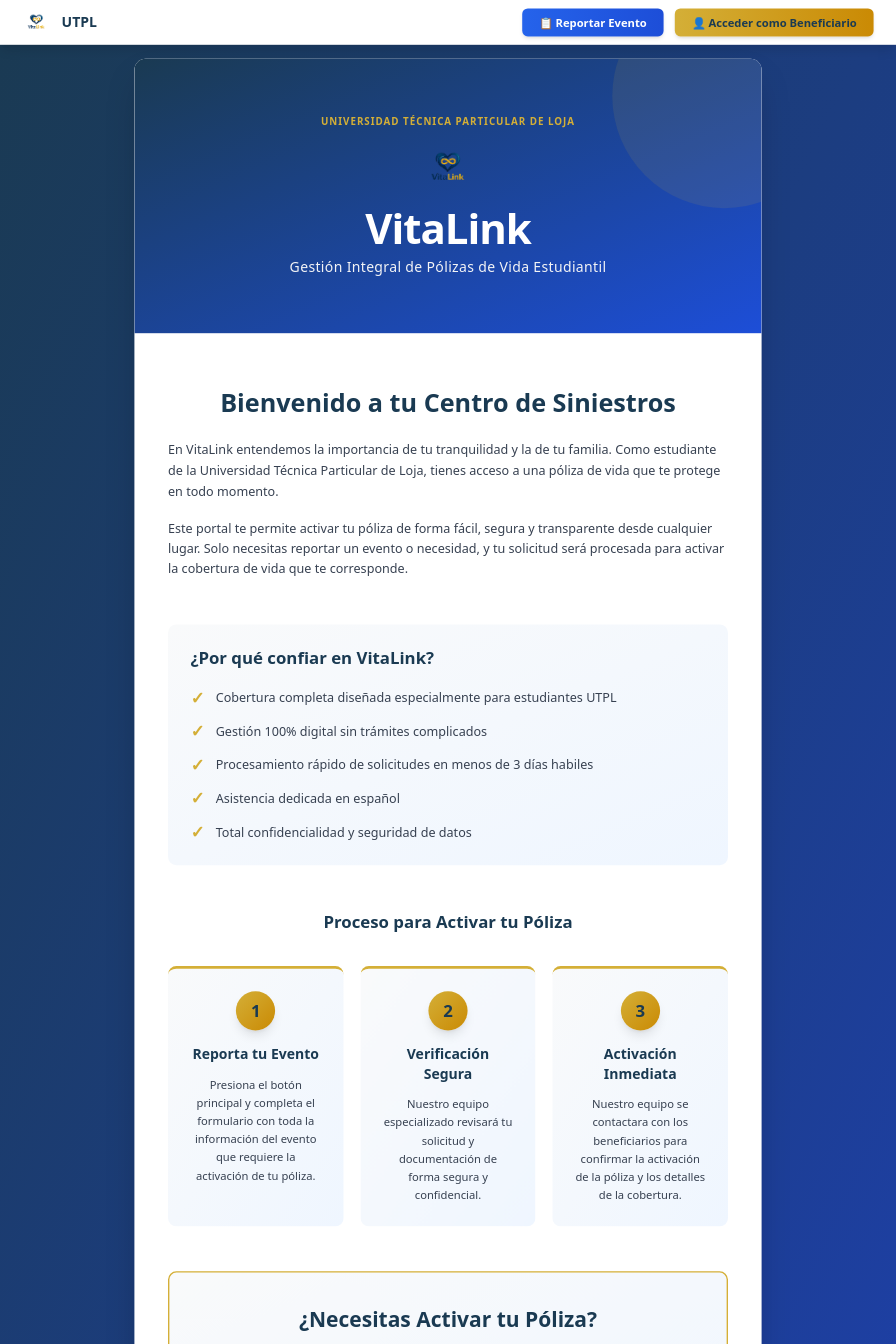
Repository: Carlosmicael/seguroVitaLink
Page: templates/siniestros/siniestro_report.html
An editor plug-in stored every save of this project. The page is shown before and after the next save, followed by the edit.
The browser window is 1280 px wide. The pictures show the part of the page from y = 0 to 1920 px (the page is 2668 px tall), at 70% of full size.
Some web libraries are served in a nearby version. The template is drawn by Django 5.2. The application's start-up code is not run. Other server files are loaded and not shown. The template is opened directly, without the code that normally fills it, so the values that code supplies are empty.

Above is the page before, as saved 2026-01-03 19:52:56.

### templates/siniestros/siniestro_report.html
{% load static %}
<!DOCTYPE html>
<html lang="es">
<head>
    <meta charset="UTF-8">
    <meta name="viewport" content="width=device-width, initial-scale=1.0">
    <title>Gestión de Siniestros - VitaLink</title>
    <script src="https://cdn.tailwindcss.com"></script>
    <script>
        tailwind.config = {
            theme: {
                extend: {
                    colors: {
                        'utpl-blue': '#1a3a52',
                        'utpl-gold': '#d4af37',
                    }
                }
            }
        }
    </script>
</head>
<body class="bg-gradient-to-br from-utpl-blue to-blue-800 min-h-screen">
    <!-- Navbar -->
    <nav class="bg-white shadow-lg">
        <div class="max-w-7xl mx-auto px-4 sm:px-6 lg:px-8">
            <div class="flex justify-between items-center h-16">
                <div class="flex items-center">
                    <a href="{% url 'siniestros:inicio' %}" class="flex items-center">
                        <img src="{% static 'img/logoVitalink.png' %}" alt="VitaLink Logo" class="h-10 mr-2">
                        <span class="ml-2 text-utpl-blue font-bold text-xl">UTPL</span>
                    </a>
                </div>
                <div class="flex space-x-4">
                    <a href="{% url 'siniestros:formulario' %}" class="bg-gradient-to-r from-blue-600 to-blue-700 text-white px-6 py-2 rounded-lg font-semibold hover:from-blue-700 hover:to-blue-800 transition duration-300 shadow-md hover:shadow-lg">
                        📋 Reportar Evento
                    </a>
                    <a href="{% url 'siniestros:login_beneficiario' %}" class="bg-gradient-to-r from-utpl-gold to-yellow-600 text-utpl-blue px-6 py-2 rounded-lg font-semibold hover:from-yellow-500 hover:to-utpl-gold transition duration-300 shadow-md hover:shadow-lg">
                        👤 Acceder como Beneficiario
                    </a>
                </div>
            </div>
        </div>
    </nav>

    <!-- Main Content -->
    <div class="flex items-center justify-center p-5 min-h-[calc(100vh-4rem)]">
    <div class="w-full max-w-4xl bg-white rounded-2xl shadow-2xl overflow-hidden animate-fade-up">
        <!-- Header -->
        <div class="relative overflow-hidden bg-gradient-to-br from-utpl-blue to-blue-700 text-white px-8 py-16 md:px-12 md:py-20">
            <div class="absolute top-0 right-0 w-80 h-80 bg-utpl-gold opacity-10 rounded-full transform translate-x-1/3 -translate-y-1/3"></div>

            <div class="relative z-10 text-center">
                <p class="text-sm font-bold tracking-widest text-utpl-gold uppercase mb-4">
                    Universidad Técnica Particular de Loja
                </p>
                <h1 class="text-5xl md:text-6xl font-black mb-3 tracking-tight">
                    <img src="{% static 'img/logoVitalink.png' %}" alt="VitaLink Logo" class="mx-auto h-20 mb-4">
                    VitaLink
                </h1>
                <p class="text-lg md:text-xl font-light tracking-wide text-gray-100">
                    Gestión Integral de Pólizas de Vida Estudiantil
                </p>
            </div>
        </div>

        <!-- Main Content -->
        <div class="px-8 py-16 md:px-12 md:py-20">
            <!-- Intro Section -->
            <div class="mb-16">
                <h2 class="text-4xl font-bold text-utpl-blue mb-8 text-center">
                    Bienvenido a tu Centro de Siniestros
                </h2>
                <div class="space-y-6 text-gray-700 text-lg leading-relaxed">
                    <p>
                        En VitaLink entendemos la importancia de tu tranquilidad y la de tu familia.
                        Como estudiante de la Universidad Técnica Particular de Loja, tienes acceso a una póliza de vida
                        que te protege en todo momento.
                    </p>
                    <p>
                        Este portal te permite activar tu póliza de forma fácil, segura y transparente desde cualquier lugar.
                        Solo necesitas reportar un evento o necesidad, y tu solicitud será procesada para activar la cobertura de vida
                        que te corresponde.
                    </p>
                </div>
            </div>

            <!-- Benefits Section -->
            <div class="bg-gradient-to-br from-gray-50 to-blue-50 p-8 rounded-xl border-l-6 border-l-utpl-gold mb-16">
                <h3 class="text-2xl font-bold text-utpl-blue mb-6">
                    ¿Por qué confiar en VitaLink?
                </h3>
                <ul class="space-y-4">
                    <li class="flex items-center text-gray-700 text-lg font-medium">
                        <span class="text-utpl-gold text-2xl font-bold mr-4">✓</span>
                        Cobertura completa diseñada especialmente para estudiantes UTPL
                    </li>
                    <li class="flex items-center text-gray-700 text-lg font-medium">
                        <span class="text-utpl-gold text-2xl font-bold mr-4">✓</span>
                        Gestión 100% digital sin trámites complicados
                    </li>
                    <li class="flex items-center text-gray-700 text-lg font-medium">
                        <span class="text-utpl-gold text-2xl font-bold mr-4">✓</span>
                        Procesamiento rápido de solicitudes en menos de 3 días habiles
                    </li>
                    <li class="flex items-center text-gray-700 text-lg font-medium">
                        <span class="text-utpl-gold text-2xl font-bold mr-4">✓</span>
                        Asistencia dedicada en español
                    </li>
                    <li class="flex items-center text-gray-700 text-lg font-medium">
                        <span class="text-utpl-gold text-2xl font-bold mr-4">✓</span>
                        Total confidencialidad y seguridad de datos
                    </li>
                </ul>
            </div>

            <!-- Process Section -->
            <div class="mb-16">
                <h3 class="text-2xl font-bold text-utpl-blue mb-12 text-center">
                    Proceso para Activar tu Póliza
                </h3>
                <div class="grid md:grid-cols-3 gap-6">
                    <!-- Step 1 -->
                    <div class="bg-gradient-to-br from-gray-50 to-blue-50 p-8 rounded-xl border-t-4 border-t-utpl-gold hover:shadow-lg hover:-translate-y-2 transition-all duration-300">
                        <div class="flex justify-center mb-5">
                            <div class="w-14 h-14 bg-gradient-to-br from-utpl-gold to-yellow-600 rounded-full flex items-center justify-center font-bold text-2xl text-utpl-blue shadow-lg">
                                1
                            </div>
                        </div>
                        <h4 class="text-xl font-bold text-utpl-blue text-center mb-4">
                            Reporta tu Evento
                        </h4>
                        <p class="text-gray-700 text-center leading-relaxed">
                            Presiona el botón principal y completa el formulario con toda la información
                            del evento que requiere la activación de tu póliza.
                        </p>
                    </div>

                    <!-- Step 2 -->
                    <div class="bg-gradient-to-br from-gray-50 to-blue-50 p-8 rounded-xl border-t-4 border-t-utpl-gold hover:shadow-lg hover:-translate-y-2 transition-all duration-300">
                        <div class="flex justify-center mb-5">
                            <div class="w-14 h-14 bg-gradient-to-br from-utpl-gold to-yellow-600 rounded-full flex items-center justify-center font-bold text-2xl text-utpl-blue shadow-lg">
                                2
                            </div>
                        </div>
                        <h4 class="text-xl font-bold text-utpl-blue text-center mb-4">
                            Verificación Segura
                        </h4>
                        <p class="text-gray-700 text-center leading-relaxed">
                            Nuestro equipo especializado revisará tu solicitud y documentación
                            de forma segura y confidencial.
                        </p>
                    </div>

                    <!-- Step 3 -->
                    <div class="bg-gradient-to-br from-gray-50 to-blue-50 p-8 rounded-xl border-t-4 border-t-utpl-gold hover:shadow-lg hover:-translate-y-2 transition-all duration-300">
                        <div class="flex justify-center mb-5">
                            <div class="w-14 h-14 bg-gradient-to-br from-utpl-gold to-yellow-600 rounded-full flex items-center justify-center font-bold text-2xl text-utpl-blue shadow-lg">
                                3
                            </div>
                        </div>
                        <h4 class="text-xl font-bold text-utpl-blue text-center mb-4">
                            Activación Inmediata
                        </h4>
                        <p class="text-gray-700 text-center leading-relaxed">
                            Nuestro equipo se contactara con los beneficiarios para confirmar la activación
                            de la póliza y los detalles de la cobertura.
                        </p>
                    </div>
                </div>
            </div>

            <!-- CTA Section -->
            <div class="bg-gradient-to-br from-gray-50 to-blue-50 p-12 rounded-xl border-2 border-utpl-gold text-center mb-16">
                <h2 class="text-3xl font-bold text-utpl-blue mb-6">
                    ¿Necesitas Activar tu Póliza?
                </h2>
                <p class="text-gray-700 text-lg mb-8 leading-relaxed max-w-2xl mx-auto">
                    Presiona el botón de abajo para reportar un evento y activar tu cobertura de vida.
                    El proceso es sencillo: solo completa un formulario con tu información básica y el evento que lo motiva.
                </p>
                <a href="{% url 'siniestros:formulario' %}" class="inline-block bg-gradient-to-r from-utpl-gold to-yellow-600 hover:from-yellow-500 hover:to-utpl-gold text-utpl-blue font-bold py-4 px-12 rounded-lg text-lg tracking-wider uppercase shadow-lg hover:shadow-xl transform hover:-translate-y-1 transition-all duration-300">
                    📋 Reportar Evento y Activar Póliza
                </a>
            </div>

        <!-- Footer Section -->
        <div class="bg-gradient-to-b from-gray-100 to-gray-200 px-8 py-12 md:px-12 md:py-16 text-center border-t border-gray-300">
            <p class="text-gray-800 text-lg font-bold mb-6">
                ¿Tienes dudas o necesitas asistencia?
            </p>
            <div class="space-y-3 text-gray-700 text-base mb-8">
                <p>
                    📞 Teléfono: <a href="tel:+593726582940" class="text-utpl-gold font-bold hover:text-yellow-600 transition-colors">+593 7 2658-2940</a>
                </p>
                <p>
                    📧 Correo: <a href="mailto:vitalink@utpl.edu.ec" class="text-utpl-gold font-bold hover:text-yellow-600 transition-colors">vitalink@utpl.edu.ec</a>
                </p>
                <p>
                    🌐 Portal: <a href="https://www.utpl.edu.ec" target="_blank" class="text-utpl-gold font-bold hover:text-yellow-600 transition-colors">www.utpl.edu.ec</a>
                </p>
            </div>
            <p class="text-sm text-gray-600">
                VitaLink © 2026 - Universidad Técnica Particular de Loja<br>
                Sistema de Gestión Integral de Pólizas de Vida para Estudiantes
            </p>
        </div>
    </div>

    <style>
        @keyframes fadeUp {
            from {
                opacity: 0;
                transform: translateY(20px);
            }
            to {
                opacity: 1;
                transform: translateY(0);
            }
        }
        .animate-fade-up {
            animation: fadeUp 0.6s ease-out;
        }
    </style>

</body>
</html>

After the next save:
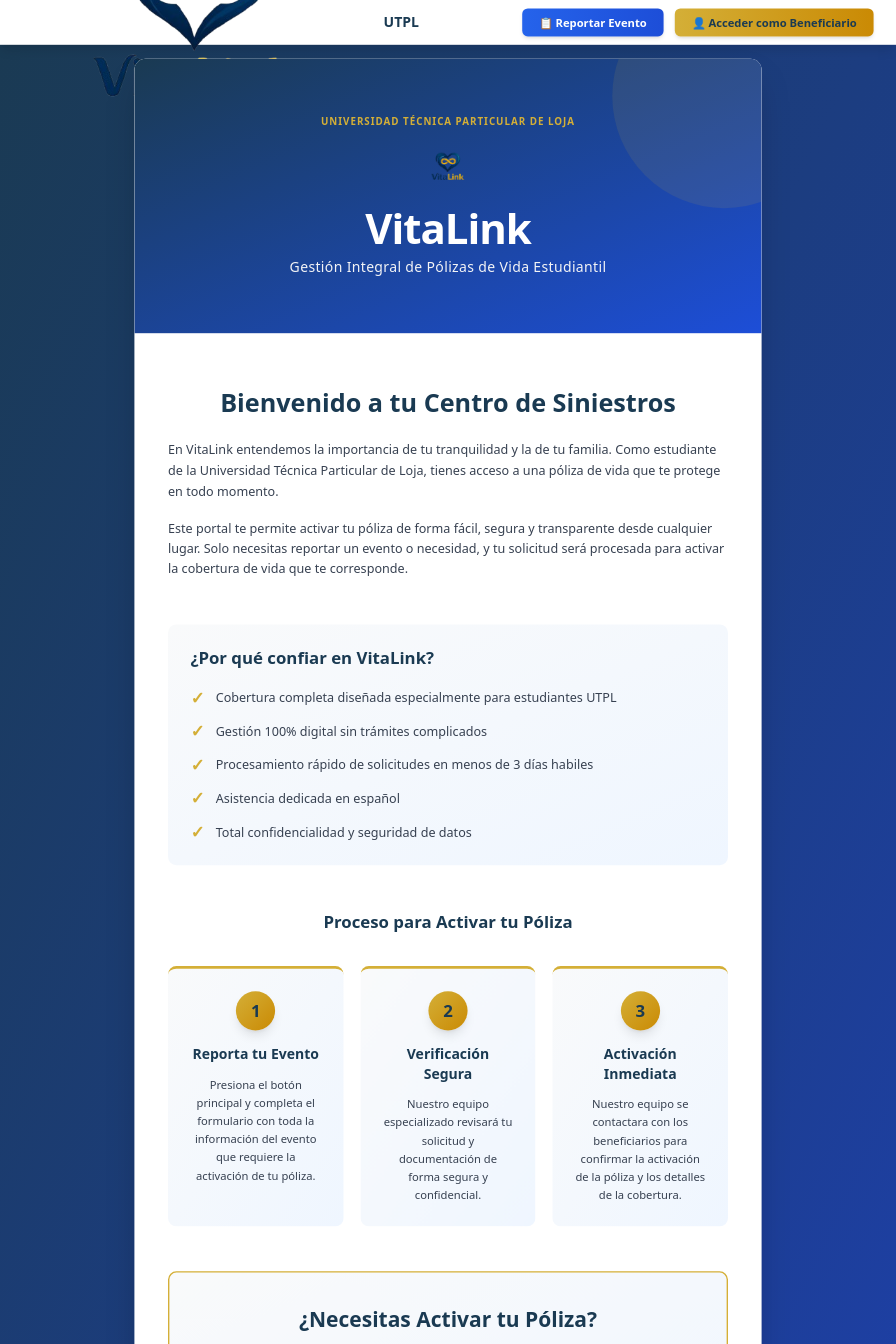
Saved 25 s later.
--- a/templates/siniestros/siniestro_report.html
+++ b/templates/siniestros/siniestro_report.html
@@ -26,7 +26,7 @@
             <div class="flex justify-between items-center h-16">
                 <div class="flex items-center">
                     <a href="{% url 'siniestros:inicio' %}" class="flex items-center">
-                        <img src="{% static 'img/logoVitalink.png' %}" alt="VitaLink Logo" class="h-10 mr-2">
+                        <img src="{% static 'img/logoVitalink.png' %}" alt="VitaLink Logo" class="h-50 mr-2">
                         <span class="ml-2 text-utpl-blue font-bold text-xl">UTPL</span>
                     </a>
                 </div>
